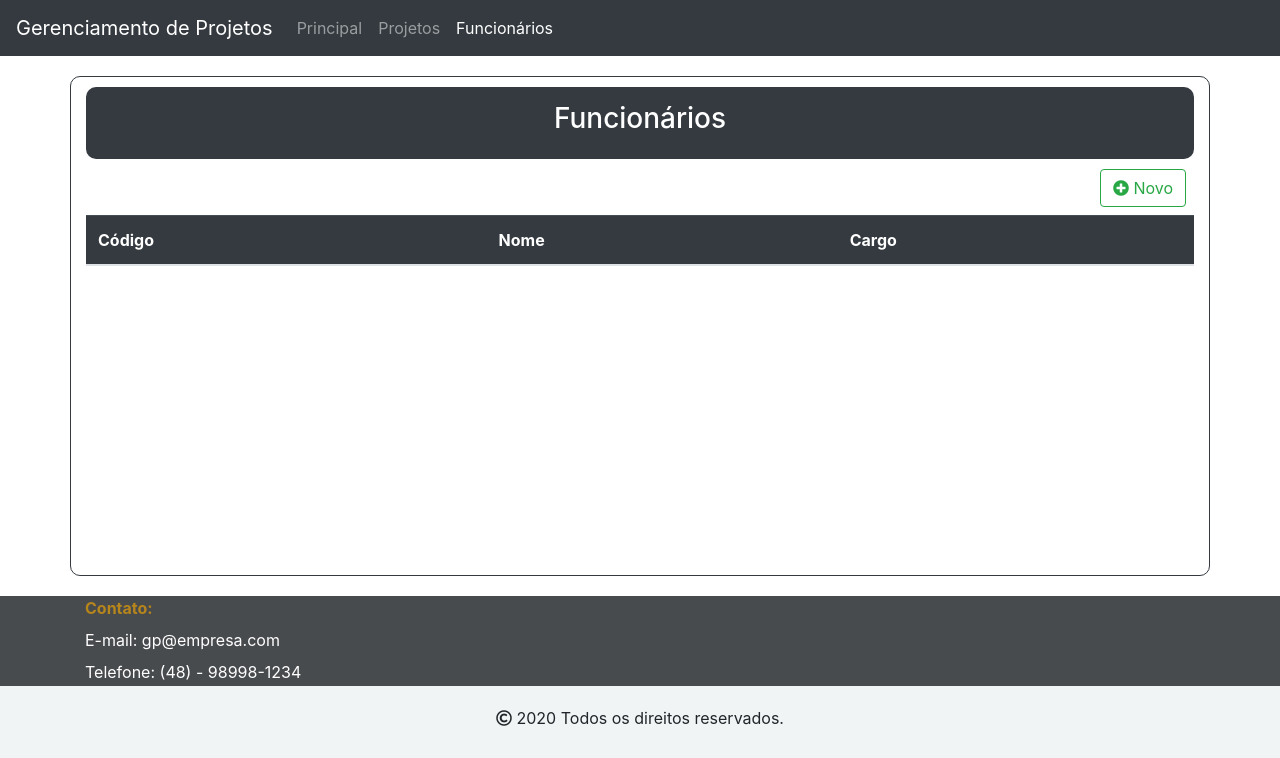
Repository: LucasSteffens/CrudUserAv
Page: http://localhost/usuario/list
The author's editor kept a copy of each file at every save. The page is drawn from the files as they stood at one save, then again after the next save.
The browser window is 1280 px wide. The pictures show the whole page.
The page is this project's Thymeleaf template; nobody is signed in. The template is opened directly, without the code that normally fills it, so the values that code supplies are empty.

Above is the page before, as saved 2020-09-30 01:01:34.

### av1/src/main/resources/templates/usuario/list.html
<!DOCTYPE html>
<html xmlns:th="http://www.thymeleaf.org" lang="pt-br">
<head>
    <meta charset="UTF-8">
    <meta name="viewport" content="width=device-width, initial-scale=1.0">
    <title>Gerenciamento de Portifólios</title>

    <!--CSS-->
    <link rel="stylesheet" th:href="@{/bootstrap-4.5.2/css/bootstrap.min.css}">
    <link rel="stylesheet" th:href="@{/fontawesome-5.14.0/css/all.css}">
    <link rel="stylesheet" th:href="@{/css/estilo.css}">

</head>
<body>
    <!--MENU-->
    <nav class="navbar navbar-expand-sm navbar-dark bg-dark">
        <a class="navbar-brand" th:href="@{/}">Gerenciamento de Projetos</a>
        <!--BOTÃO MENU-->
        <button class="navbar-toggler" type="button" data-toggle="collapse" data-target="#navbarMenu"
            aria-controls="navbarMenu" aria-expanded="false">
            <span class="navbar-toggler-icon"></span>
        </button>
        <!--ITENS DO MENU-->
        <div class="collapse navbar-collapse" id="navbarMenu">
            <ul class="navbar-nav mr-auto">
                <li class="nav-item">
                    <a class="nav-link " th:href="@{/}">Principal</a>
                </li>
                <li class="nav-item">
                    <a class="nav-link" th:href="@{/projeto/list}">Projetos</a>
                </li>
                <li class="nav-item">
                    <a class="nav-link active" th:href="@{/funcionario/list}">Funcionários</a>
                </li>
            </ul>
        </div>
    </nav>

    <!--CONTEÚDO-->
    <div class="container container-funcionarios">
		<div class="bg-dark frm-titulo">
            <h3>Funcionários</h3>
        </div>

        <div class="btn-novo">
            <button class="btn btn-outline-success"
                th:href="@{/funcionario/add}"
                onclick="window.location.href='./add'">
                <i class="fa fa-plus-circle"></i> Novo
            </button>
        </div>

		<div class="div-tabela">

	        <table class="table">
	            <thead class="table-dark">
	                <tr>
	                    <th>Código</th>
	                    <th>Nome</th>
	                    <th colspan="4">Cargo</th>
	                </tr>
	            </thead>
	            <tbody>
	                <tr th:each="funcionario: ${funcionarios}">
	                    <td class="td-codigo" th:text="${funcionario.id}"></td>
	                    <td th:text="${funcionario.nome}"></td>
	                    <td th:text="${funcionario.cargo}"></td>
	                    <td class="td-btn"><a th:href="@{'/funcionario/view/'+${funcionario.id}}"><i class="fa fa-eye cl-fa"></i></a></i></td>
	                    <td class="td-btn"><a th:href="@{'/funcionario/edit/'+${funcionario.id}}"><i class="fa fa-edit cl-fa"></i></a></i></td>
	                    <td class="td-btn">
	                    	<button type="button" class="btn btn-outline-danger"
	                    			th:onclick="|showModalDeletar(${funcionario.id})|">
	                    		<i class="fa fa-trash-alt cl-fa-delete"></i>
	                    	</button>
	                    </td>
	                </tr>
	            </tbody>
	        </table>
        </div>

    </div>

    <!-- MODAL -->
	  	<div class="modal fade" id="deleteModal">
	    	<div class="modal-dialog">
	      		<div class="modal-content">

		        	<!-- Modal Header -->
		        	<div class="modal-header">
		          		<h4 class="modal-title">Atenção</h4>
		          		<button type="button" class="close" data-dismiss="modal">&times;</button>
		        	</div>

		        	<!-- Modal body -->
		        	<div class="modal-body">
		          		Você realmente deseja deletar o Funcionário?
		        	</div>

		        	<!-- Modal footer -->
		        	<div class="modal-footer">
		        		<input type="text" id="id_deletar" hidden>
		        		<button type="button" class="btn btn-outline-dark" data-dismiss="modal">
		        			<i class="fa fa-ban"></i> Voltar
						</button>

		          		<button type="button" class="btn btn-danger btn-modal-footer" data-dismiss="modal"
		          				th:onclick="deletar('funcionario')">
		          			<i class="fa fa-trash"> </i> Deletar
						</button>


		        	</div>

	      		</div>
	    	</div>
	  </div>

    </div>


    <div class="contato">
        <div class="container">
            <label class="titulo-contato">Contato:</label>
            <label class="data-contato">E-mail: gp@empresa.com</label>
            <label class="data-contato">Telefone: (48) - 98998-1234</label>
        </div>
    </div>

    <footer>
        <label class="data-footer"><i class="far fa-copyright"></i> 2020 Todos os direitos reservados.</label>
    </footer>



    <!-- JS -->
    <script th:src="@{/js/jquery-3.5.1.min.js}"></script>
    <script th:src="@{/bootstrap-4.5.2/js/bootstrap.min.js}"></script>
    <script th:src="@{/js/script.js}"></script>

</body>
</html>

### av1/src/main/resources/static/css/estilo.css
.container-principal{
    height: 600px;
}

.contato{
    background-color: #484b4e;
    height: 90px;
}

.titulo-contato{
    color:#b6851b;
    width: 100%;
    font-weight: bold;
}

.data-contato{
    color:white;
    width: 100%;
}

footer{
    text-align: center;
    padding:20px;
    background-color:#f0f4f5;
    width: 100%;
}

.container-funcionarios{
    margin-top:20px;
    margin-bottom:20px;
    width: 90%;
    min-width: 300px;
    min-height: 500px;
    border: 1px solid #343a40;
    border-radius: 10px;
}

.container-projetos{
    margin-top:20px;
    margin-bottom:20px;

    min-height: 500px;
    border: 1px solid #343a40;
    border-radius: 10px;
}


.td-btn{
    width: 10px;
}

.td-codigo{
    width: 50px;
}

.frm-titulo{
    color: white;
    padding: 15px;
    margin-top: 10px;
    margin-bottom: 10px;
    text-align: center;
    border-radius: 10px;
}

.btn-novo{
    margin: 8px;
    text-align: right;
}

.container-funcionario{
    margin-top: 15px;
    margin-bottom: 15px;
    border: 1px solid #343a40;
    border-radius: 10px;
    padding: 10px;
    max-width: 400px;
}

.container-projeto{
    margin-top: 15px;
    margin-bottom: 15px;
    border: 1px solid #343a40;
    border-radius: 10px;
    padding: 10px;
    max-width: 500px;
}

.btn-controle{
    width: 100%;
}

input{
    text-align: center;
}
select{
    text-align-last: center;
}

.cl-fa{
    color:#097212;
}

.cl-fa:hover{
    color: #b4eeb8;
}

.cl-fa-delete{
    color: #b31f1f;
}

.cl-fa-delete:hover{
    color: #e7aaaa;
}

.div-tabela{
	overflow-x: scroll;
}

.modal-header{
	background-color: #b31f1f;
	color: white;
}

.close{
	color:white;
}

.cl-dark{
	color:white
}

.list-group-item{
	text-align: center;
}

### av1/src/main/resources/static/js/script.js
const showModalDeletar = function(id){
	$('#id_deletar').val(id)
	$('#deleteModal').modal('show')
}

const deletar = function(nome){
	let id = $('#id_deletar').val()
	if (id != 0)
		window.location.href = '/' + nome + '/delete/' + id
}

Loaded but not shown: av1/src/main/resources/static/bootstrap-4.5.2/css/bootstrap.min.css (library); av1/src/main/resources/static/fontawesome-5.14.0/css/all.css (library); av1/src/main/resources/static/js/jquery-3.5.1.min.js (library); av1/src/main/resources/static/bootstrap-4.5.2/js/bootstrap.min.js (library)

After the next save:
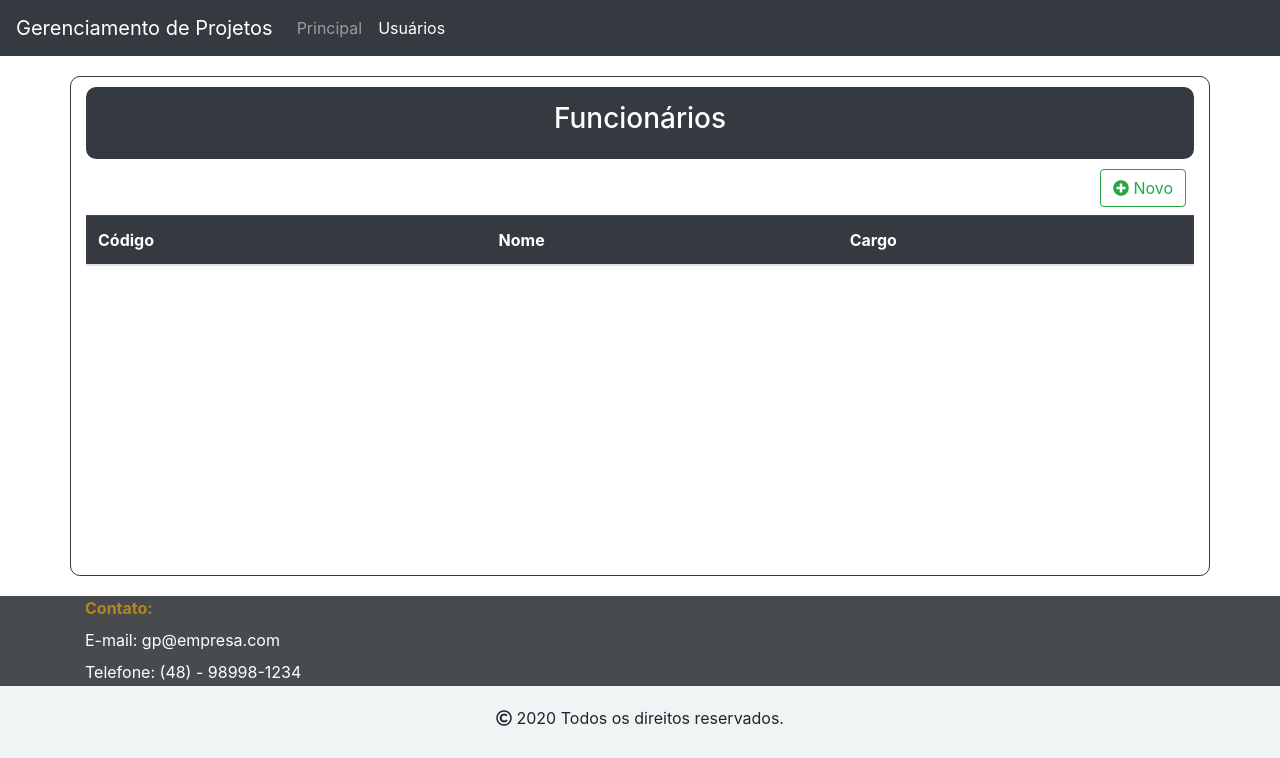
Saved 28 s later.
--- a/av1/src/main/resources/templates/usuario/list.html
+++ b/av1/src/main/resources/templates/usuario/list.html
@@ -26,11 +26,9 @@
                 <li class="nav-item">
                     <a class="nav-link " th:href="@{/}">Principal</a>
                 </li>
+
                 <li class="nav-item">
-                    <a class="nav-link" th:href="@{/projeto/list}">Projetos</a>
-                </li>
-                <li class="nav-item">
-                    <a class="nav-link active" th:href="@{/funcionario/list}">Funcionários</a>
+                    <a class="nav-link active" th:href="@{/usuario/list}">Usuários</a>
                 </li>
             </ul>
         </div>
